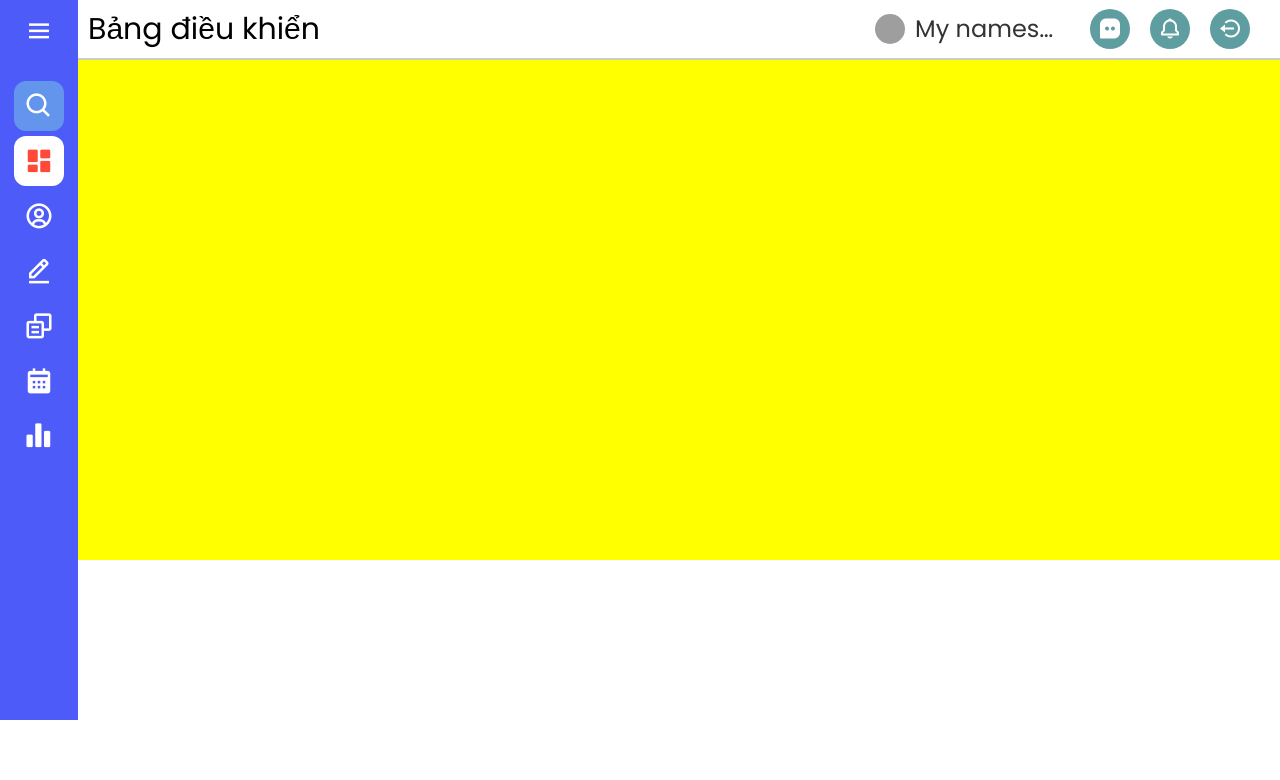
Repository: ThangQuyeenf/Wassefy.github.io
Page: teacher.html
These files come from the project's save history. The page is drawn as it stood at one moment and after the next save; the edit follows.
The browser window is 1280 px wide. The pictures show the whole page.
Pictures or frames that could not be fetched are drawn as grey boxes.

Above is the page before, as saved 2021-08-31 08:32:27.

After the next save:
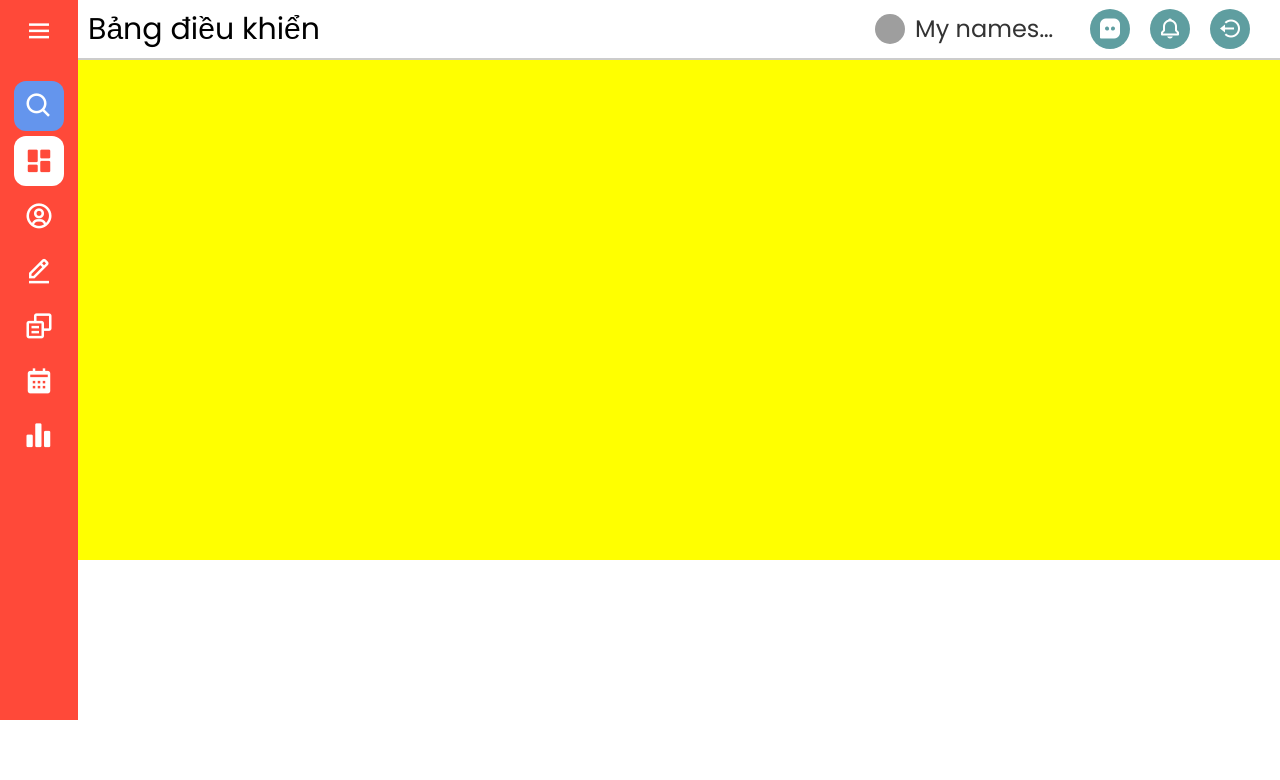
Saved 17 s later.
--- a/CSS/general.css
+++ b/CSS/general.css
@@ -142,7 +142,7 @@ body {
     z-index: 1000;
     top: 0px;
     left: 0px;
-    background-color: #4d5bf9;
+    background-color: #ff1c08cc;
     padding: 6px 14px;
     width: 78px;
     transition: all 0.4s ease;
